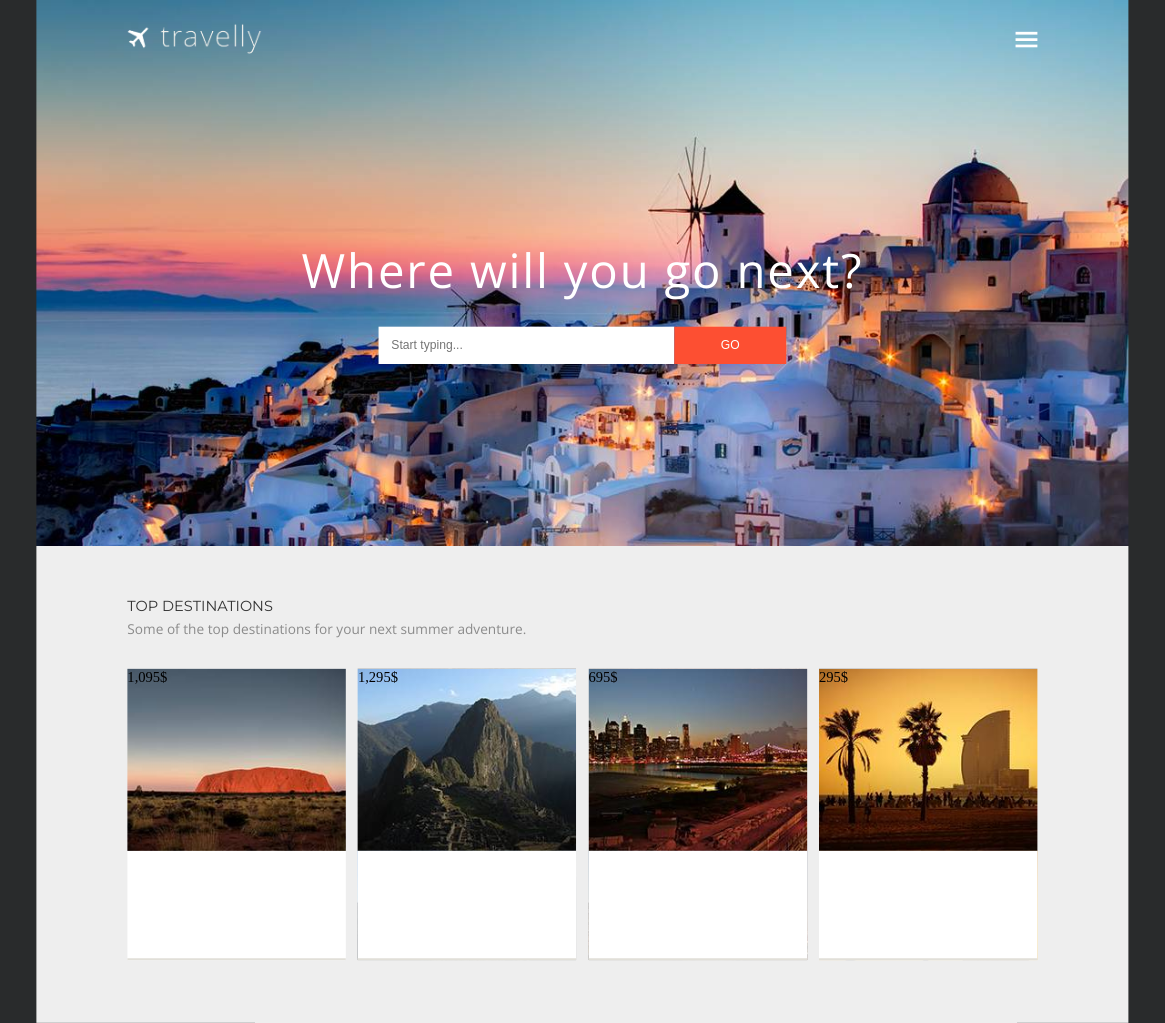
Repository: YusifHasanov/Web-Page-Template
Page: index.html
These files come from the project's save history. The page is drawn as it stood at one moment and after a run of saves; the edit follows.
The browser window is 1280 px wide. The pictures show the whole page, at 91% of full size.

Above is the page before, as saved 2021-12-05 21:31:33.

After the next 3 saves:
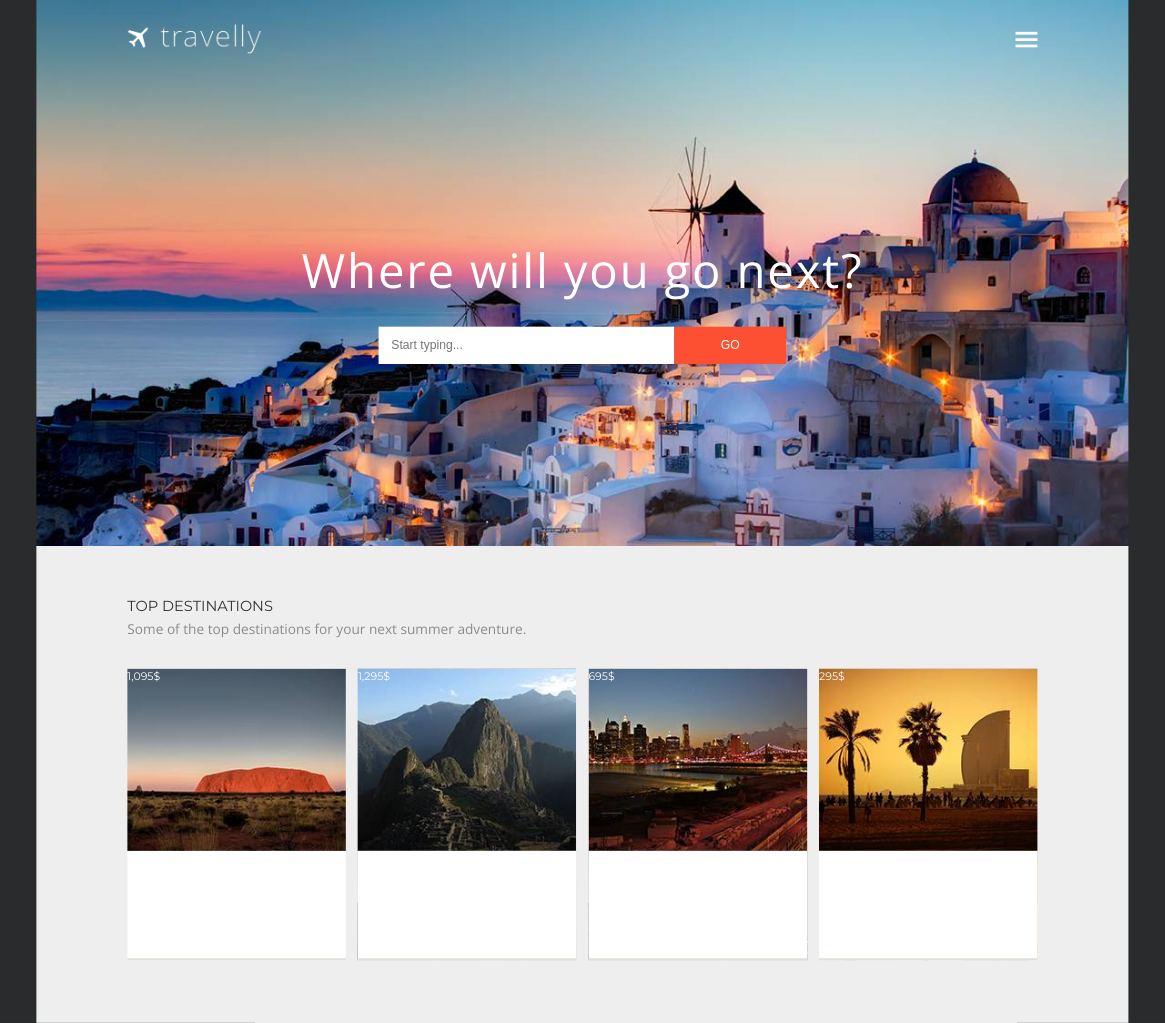
The 3 saves are shown as one change because they came seconds apart.
The last was saved 38 s later.
--- a/css/style.css
+++ b/css/style.css
@@ -121,6 +121,12 @@ button[type='submit'] {
 
 .top > span {
   position: absolute;
+  font-size: 12px;
+  letter-spacing: 0px;
+  color: #ffffff;
+  font-weight: 400;
+  font-family: 'Montserrat',sans-serif;
+  text-align: right;
 }
 
 .down {
